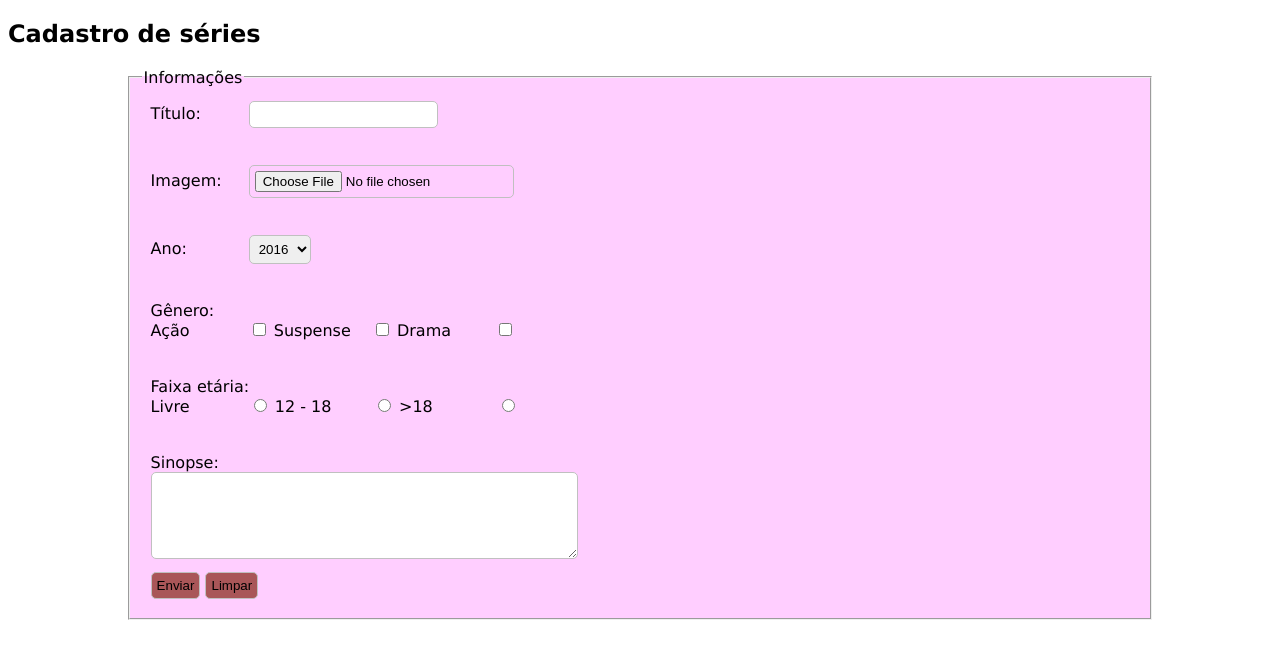
Repository: shamanickCoder/FIAP
Page: Desenvolvimentos de Sistemas Web/1 semestre/Javascript/CSS-AULAS/09-CSS/WebContent/cadastro.html
An editor plug-in stored every save of this project. The page is shown before and after the next save, followed by the edit.
The browser window is 1280 px wide. The pictures show the whole page.

Above is the page before, as saved 2016-03-30 12:10:15.

### Desenvolvimentos de Sistemas Web/1 semestre/Javascript/CSS-AULAS/09-CSS/WebContent/cadastro.html
<!DOCTYPE html>
<html>
<head>
<meta charset="UTF-8">
<link href = "estilo.css" type = "text/css" rel = "stylesheet">
<title>Cadastro de séries</title>
</head>
<body>
<h2>Cadastro de séries</h2>
<div class = "campo">
<form action = "cadastro" method = "post">
 <fieldset>
  <legend>Informações</legend>
  <div class = "campo">
   <label for = "titulo">Título:</label>
   <input type = "text" name = "titulo" id = "titulo">
  </div>
  <br>
  <div class = "campo">
   <label for = "imagem">Imagem:</label>
   <input type = "file" value = "Procurar" name = "imagem" id = "imagem">
  </div>
  <br>
  <div class = "campo">
   <label for = "ano">Ano:</label>
   <select name = "ano" id = "ano">
    <option>2016</option>
    <option>2015</option>
    <option>2014</option>
    <option>2013</option>
    <option>2012</option>
   </select>
  </div>
  <br>
  <div class = "campo">
   Gênero:
   <br>
   <label for = "acao">Ação</label> <input type = "checkbox" name = "acao" id = "acao">
   <label for = "suspense">Suspense</label> <input type = "checkbox" name = "suspense" id = "suspense">
   <label for = "drama">Drama</label> <input type = "checkbox" name = "drama" id = "drama">
  </div>
  <br>
  <div class = "campo">
   Faixa etária:
   <br>
   <label for = "livre">Livre</label> <input type = "radio" name = "faixa" id = "livre">
   <label for = "doze">12 - 18</label> <input type = "radio" name = "faixa" id = "doze">
   <label for = "dezoito">>18</label> <input type = "radio" name = "faixa" id = "dezoito">
  </div>
  <br>
  <div class = "campo">
   <label for = "sinopse">Sinopse:</label>
   <br>
   <textarea rows = "5" cols = "50" id = "sinopse" name = "sinopse"></textarea>
  </div>
  <div class = "campo">
  <input type = "submit" value = "Enviar" class = "botao">
  <input type = "reset" value = "Limpar" class = "botao">
 </div>
 </fieldset>
</form>
</div>
</body>
</html>

### Desenvolvimentos de Sistemas Web/1 semestre/Javascript/CSS-AULAS/09-CSS/WebContent/estilo.css
body {
	font-family: Verdana, Sans-serif;
}
.campo {
	margin: 9px;
}
fieldset {
	background-color: #ffceff;
	width: 80%; /*largura*/
	margin: auto; /*centralizar*/
}
label {
	width: 93px;
	display: inline-block; /*para a largura (width) funcionar*/
}
input, select, textarea {
	border: 1px solid silver; /*borda*/
	border-radius: 5px; /*borda arredondada*/
	padding: 5px;
}
.botao {
	background-color: #a95658;
	cursor: pointer;
}

After the next save:
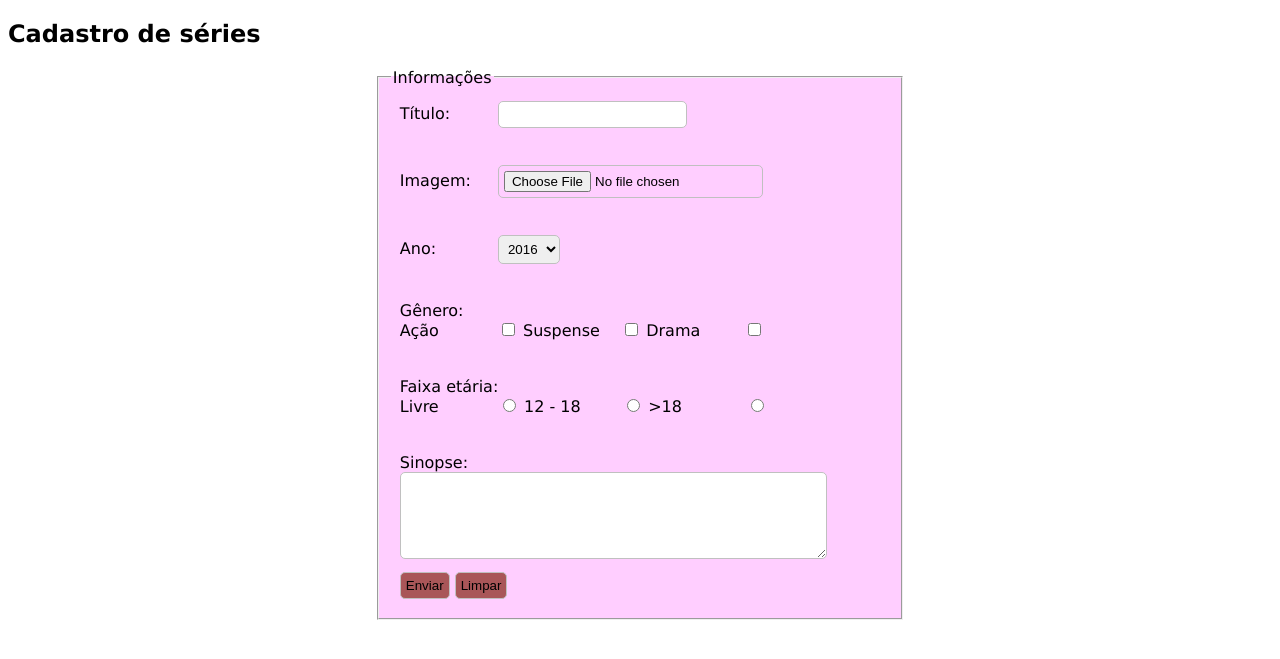
Saved 7 min 33 s later.
--- a/Desenvolvimentos de Sistemas Web/1 semestre/Javascript/CSS-AULAS/09-CSS/WebContent/estilo.css
+++ b/Desenvolvimentos de Sistemas Web/1 semestre/Javascript/CSS-AULAS/09-CSS/WebContent/estilo.css
@@ -6,7 +6,7 @@ body {
 }
 fieldset {
 	background-color: #ffceff;
-	width: 80%; /*largura*/
+	width: 40%; /*largura*/
 	margin: auto; /*centralizar*/
 }
 label {
